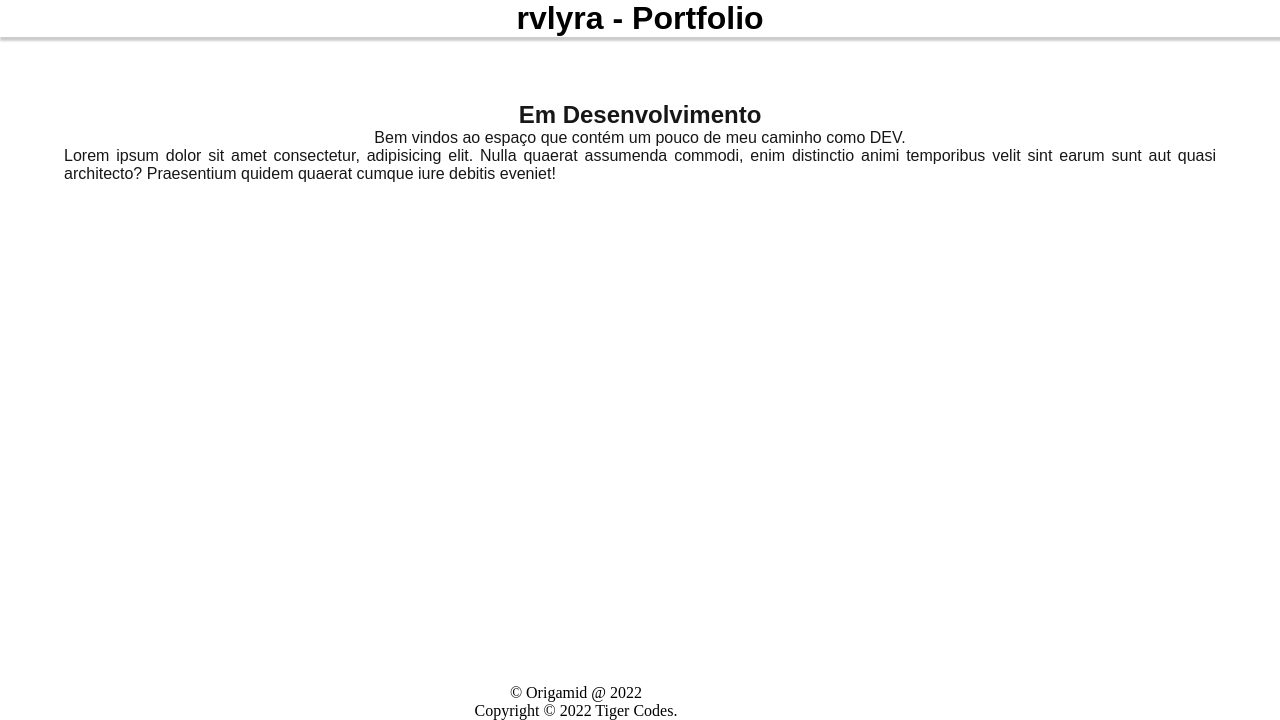
Repository: rvlyra/splash-screen-rvlyra
Page: Portfolio-RVLYRA/public/index.html
An editor plug-in stored every save of this project. The page is shown before and after the next save, followed by the edit.
The browser window is 1280 px wide. The pictures show the whole page.
Some web fonts or font styles are not loaded; a fallback is used.

Above is the page before, as saved 2022-07-06 09:30:09.

After the next save:
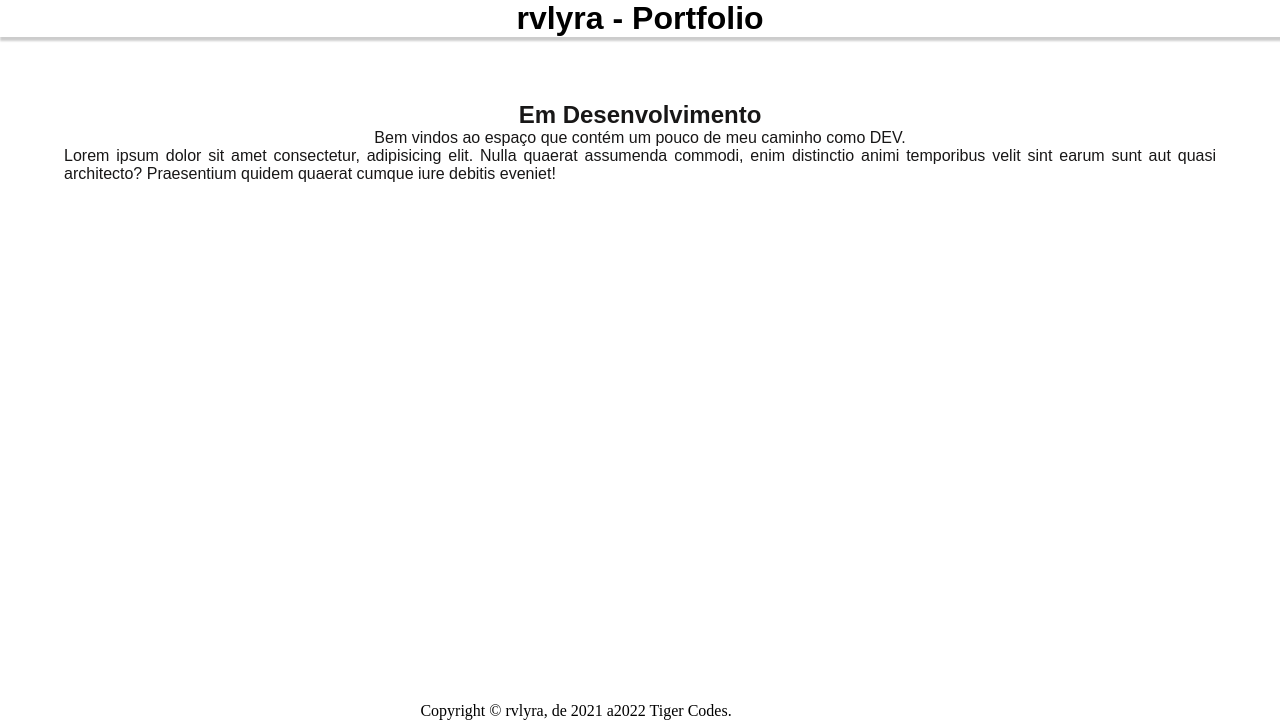
Saved 90 s later.
--- a/Portfolio-RVLYRA/public/index.html
+++ b/Portfolio-RVLYRA/public/index.html
@@ -22,9 +22,7 @@
 
 
     <footer style=" bottom: 0; position: fixed; width: 90%;text-align: center;">
-        <p>&copy; Origamid  @ 2022</p>
-
-        <p>Copyright © <span id="ano">2021</span> Tiger Codes.</p>
+        <p>Copyright © rvlyra, de 2021 a<span id="ano">2021</span> Tiger Codes.</p>
       </footer>
 
       <script>
